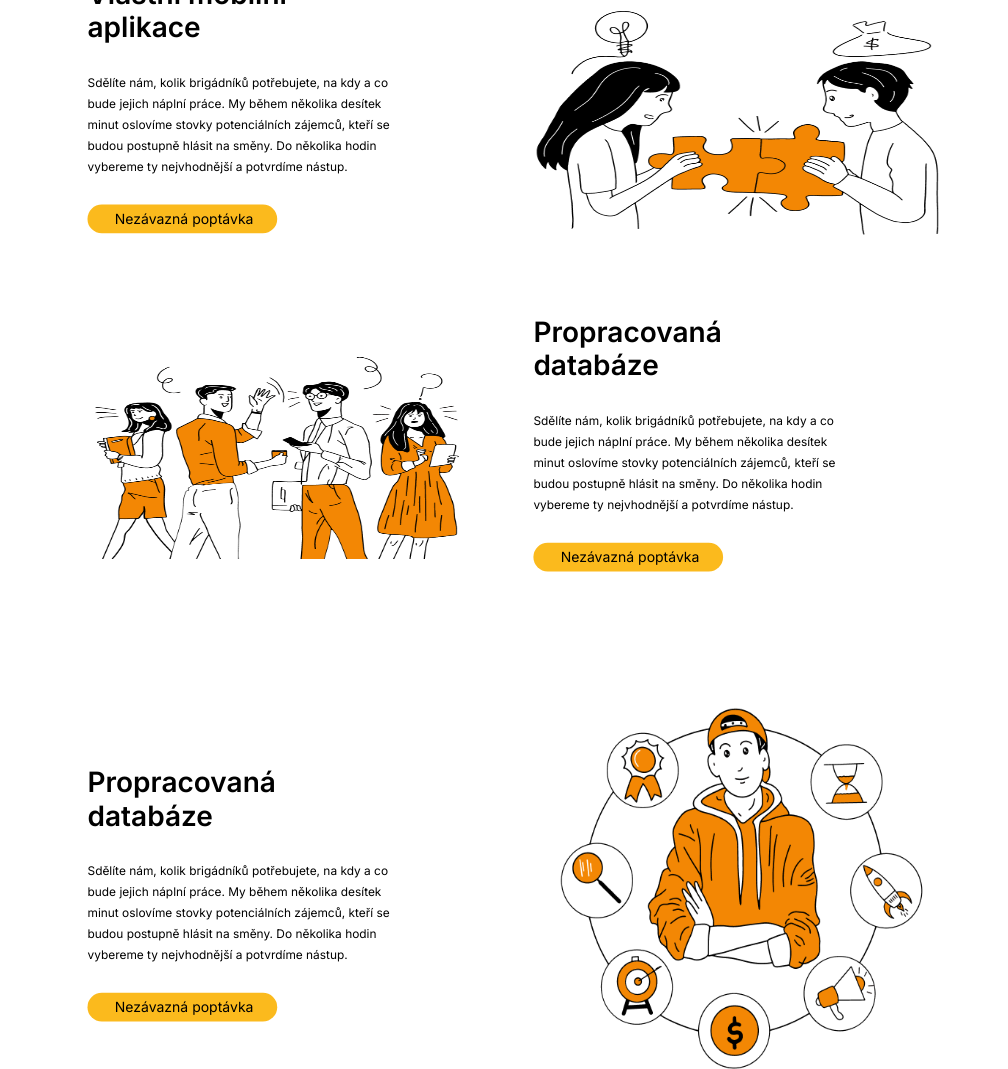
Repository: bilday08/bilday08.github.io
Page: page2.html
These files come from the project's save history. The page is drawn as it stood at one moment and after the next save; the edit follows.
The browser window is 1280 px wide. The page is 1440 px wide, so the pictures cover 1440 px, including what lies to the right of the window. The pictures show the part of the page from y = 1586 to 3306 px (the page is 3113 px tall before and 3306 px after), at 70% of full size.

Above is the page before, as saved 2022-10-16 01:13:18.

### page2.html
<!DOCTYPE html>
<html>
<head>
    <meta charset= utf-8 />
    <meta http-equiv="X-UA-Compatible" content="IE=edge">
    <meta name="viewport" content="width=device-width, initial-scale=1.0">
    <link href="./reset.css" rel="stylesheet"/>
    <link href="./style2.css" rel="stylesheet"/>
    <link href="./responsive2.css" rel="stylesheet"/>
    <link
    rel="stylesheet"
    href="https://cdnjs.cloudflare.com/ajax/libs/font-awesome/6.2.0/css/all.min.css"
    integrity="sha512-xh6O/CkQoPOWDdYTDqeRdPCVd1SpvCA9XXcUnZS2FmJNp1coAFzvtCN9BmamE+4aHK8yyUHUSCcJHgXloTyT2A=="
    crossorigin="anonymous"
    referrerpolicy="no-referrer" />
    <title>aulinks2</title>
    <link rel="preconnect" href="https://fonts.googleapis.com">
    <link rel="preconnect" href="https://fonts.gstatic.com" crossorigin>
    <link href="https://fonts.googleapis.com/css2?family=Inter:wght@400;600;700;900&display=swap" rel="stylesheet">
    <link
    href="https://cdn.jsdelivr.net/npm/bootstrap@5.2.2/dist/css/bootstrap.min.css"
    rel="stylesheet"
    integrity="sha384-Zenh87qX5JnK2Jl0vWa8Ck2rdkQ2Bzep5IDxbcnCeuOxjzrPF/et3URy9Bv1WTRi"
    crossorigin="anonymous">
    <link
    href="https://cdn.jsdelivr.net/npm/bootstrap@5.2.2/dist/css/bootstrap.min.css"
    rel="stylesheet"
    integrity="sha384-Zenh87qX5JnK2Jl0vWa8Ck2rdkQ2Bzep5IDxbcnCeuOxjzrPF/et3URy9Bv1WTRi"
    crossorigin="anonymous">
</head>
<body>
    <div class="wrapper">
        <herder class="herder">
            <div class="container-top">
                <img srcset="./images/logo.png 2x" alt="#" class="herder-log"/>
                <div class="herder-log--2">
                    <img src="./images/Aulinks.png" alt="#" class="herder-log--line"/>
                    <img src="./images/Menu Rounded.png" alt="#" class="herder-log-menu">
                </div>
                <div class="herder-images">
                    <img src="./images/1.png" alt="#" class="herder-images--contact"/>
                </div>
                <div class="herder-phone">
                    <span class="herder-phone--text">Zavolejte nám:</span>
                    <span class="herder-phone--number">+420 607 205 862</span>
                </div>
                <div class="herder-button">
                    <a href="#" class="herder-button--brand">Zavolejte nám:</a>
                </div>
                <div class="herder-button--bottom">
                    <a href="#" class="herder-button--bottom1">O nas</a>
                    <a href="#" class="herder-button--bottom2">Naši partneři</a>
                    <a href="#" class="herder-button--bottom3">Služby</a>
                    <a href="#" class="herder-button--bottom4">Kontakty</a>
                </div>
                <div class="container-center">
                    <h1 class="herder-background--content1">Pracovití brigádníci do druhého dne</h1>
                    <p class="herder-background--content2">
                    Sdělíte nám, kolik brigádníků potřebujete, na kdy a co bude jejich náplní práce.
                    My během několika desítek minut oslovíme stovky potenciálních zájemců, kteří se
                    budou postupně hlásit na směny. Do několika hodin vybereme ty nejvhodnější a potvrdíme nástup.
                    </p>
                    <div class="herder-background--button">
                        <a href="#" class="herder-backgroud--button1">Nezávazná poptávka</a>
                    </div>
                    <div class="container-top--center">
                        <img src="./images/page2(1).png" alt="#" class="herder-images--top_center"/>
                    </div>
                <div class="center-button">
                    <a href="#" class="center-button--white">
                        <div class="center-button--first">
                            <span class="center-button--first1">150+</span>
                            <span class="center-button--first2">Nástupů denně</span>
                        </div>
                        <div class="center-button--second">
                            <span class="center-button--second1">>30%</span>
                            <span class="center-button--second2">Fluktuace</span>
                        </div>
                        <div class="center-button--third">
                            <span class="center-button--third1">13</span>
                            <span class="center-button--third2">Měst</span>
                        </div>
                    </a>
                </div>
        </herder>
        <main>
            <section class="service">
                <div class="container-fluid">
                    <div class="service-item">
                        <div class="service-content">
                            <h2 class="global-heading">Vlastní mobilní aplikace</h2>
                            <div class="global-text">
                                Sdělíte nám, kolik brigádníků potřebujete, na kdy a co bude jejich náplní práce.
                                My během několika desítek minut oslovíme stovky potenciálních zájemců,
                                kteří se budou postupně hlásit na směny. Do několika hodin vybereme ty nejvhodnější
                                a potvrdíme nástup.
                            </div>
                            <a href="#" class="service-button--first">Nezávazná poptávka</a>
                            <div class="service-images">
                                <img src="./images/page2(2).png" alt="#" class="service-images--first"/>
                            </div>
                        </div>
                    </div>
                    <div class="service-item2">
                        <div class="service-content2">
                            <div class="service-images">
                                <img src="./images/page2(3).png" alt="#" class="service-images--sencond"/>
                            </div>
                            <h2 class="global-heading2">Propracovaná databáze</h2>
                            <div class="global-text2">
                                Sdělíte nám, kolik brigádníků potřebujete, na kdy a co bude jejich náplní práce.
                                My během několika desítek minut oslovíme stovky potenciálních zájemců,
                                kteří se budou postupně hlásit na směny. Do několika hodin vybereme ty nejvhodnější
                                a potvrdíme nástup.
                            </div>
                            <a href="#" class="service-button--second">Nezávazná poptávka</a>
                        </div>
                    </div>
                    <div class="service-item3">
                        <div class="service-content3">
                            <h2 class="global-heading3">Propracovaná databáze</h2>
                            <div class="global-text3">
                                Sdělíte nám, kolik brigádníků potřebujete, na kdy a co bude jejich náplní práce.
                                My během několika desítek minut oslovíme stovky potenciálních zájemců,
                                kteří se budou postupně hlásit na směny. Do několika hodin vybereme ty nejvhodnější
                                a potvrdíme nástup.
                            </div>
                            <a href="#" class="service-button--first3">Nezávazná poptávka</a>
                            <div class="service-images">
                                <img src="images/page2(4).png" alt="#" class="service-images--first3"/>
                            </div>
                        </div>
                    </div>
                </div>
<script
src="https://cdn.jsdelivr.net/npm/@popperjs/core@2.11.6/dist/umd/popper.min.js"
integrity="sha384-oBqDVmMz9ATKxIep9tiCxS/Z9fNfEXiDAYTujMAeBAsjFuCZSmKbSSUnQlmh/jp3"
crossorigin="anonymous"></script>
<script
src="https://cdn.jsdelivr.net/npm/bootstrap@5.2.2/dist/js/bootstrap.min.js"
integrity="sha384-IDwe1+LCz02ROU9k972gdyvl+AESN10+x7tBKgc9I5HFtuNz0wWnPclzo6p9vxnk"
crossorigin="anonymous"></script>
</body>
</html>

### style2.css
*{
    box-sizing: border-box;
    font-family: 'Inter', sans-serif;
    margin: 0;
    padding: 0;
}
.wrapper{
    max-width: 1440px;
}
  /*hedder*/
.container-top{
    max-width: 1440px;
    height: 410px;
    background-image: url(./images/Rectangle\ 8\ \(7\).png);
    background-repeat: no-repeat;
    background-size: auto;
    position: absolute;
}
.herder-log{
    position: absolute;
    width: 78px;
    height: 71px;
    margin-top: 60px;
    margin-left: 114px;
}
.herder-log--line{
    width: 130px;
    height: 30px;
    margin-left: 192px;
    margin-top: 91px;
}
.herder-log-menu{
    width: 30px;
    height: 30px;
    display: none;
}
.herder-images--contact{
    width: 308.12px;
    height: 81.11px;
    margin-left: 407px;
    margin-top: -50px;
}
.herder-phone--text{
    display: block;
    width: 145px;
    height: 30px;
    font-weight: 400;
    font-size: 20px;
    line-height: 24px;
    color: black;
    margin-left: 807px;
    margin-top: -79px;
    margin-right: 491px;
}
.herder-phone--number{
    display: block;
    width: 185px;
    height: 24px;
    font-weight: 700;
    font-size: 20px;
    line-height: 24px;
    color: #FBBA1D;
    margin: 4px 455px 0 800px;
}
.herder-button--brand{
   text-align: center;
   text-decoration: none;
   padding: 8px 39px;
   color: black;
   background-color: #FBBA1D;
   width: 223px;
   height: 41px;
   font-weight: 400;
   font-size: 20px;
   line-height: 24px;
   border-radius: 30px;
   margin-top: -39px;
   margin-left: 1070px;
   display: block;
}
.herder-button--bottom1{
   text-decoration: none;
   text-align: center;
   display: block;
   color: black;
   background-color: white;
   padding: 7px 35px;
   width: 130px;
   height: 40px;
   font-weight: 400;
   font-size: 20px;
   line-height: 24px;
   border-radius: 30px;
   border: 1px solid #000000;
   margin-top: 60px;
   margin-left: 114px;
}
.herder-button--bottom2{
   text-decoration: none;
   text-align: center;
   display: block;
   color: black;
   background-color: white;
   padding: 7px 35px;
   width: 190px;
   height: 40px;
   font-weight: 400;
   font-size: 20px;
   line-height: 24px;
   border-radius: 30px;
   border: 1px solid #000000;
   margin-top: -40px;
   margin-left: 264px;
   white-space: nowrap;
}
.herder-button--bottom3{
   text-decoration: none;
   text-align: center;
   display: block;
   color: black;
   background-color: #FBBA1D;
   padding: 7px 35px;
   width: 135px;
   height: 40px;
   font-weight: 400;
   font-size: 20px;
   line-height: 24px;
   border-radius: 30px;
   border: 1px solid #000000;
   margin-top: -40px;
   margin-left: 474px;
}
.herder-button--bottom4{
   text-decoration: none;
   text-align: center;
   display: block;
   color: black;
   background-color: white;
   padding: 7px 35px;
   width: 150px;
   height: 40px;
   font-weight: 400;
   font-size: 20px;
   line-height: 24px;
   border-radius: 30px;
   border: 1px solid #000000;
   margin-top: -40px;
   margin-left: 624px;
}
.container-center{
    position: absolute;
    width: 1440px;
}
.herder-background--content1{
    width: 427px;
    height: 95px;
    font-weight: 600;
    font-size: 40px;
    line-height: 48px;
    color: #000000;
    margin-left: 113px;
    margin-top: 349px;
}
.herder-background--content2{
    width: 535px;
    height: 120px;
    font-weight: 400;
    font-size: 17px;
    line-height: 30px;
    color: #000000;
    margin-top: 28px;
    margin-left: 113px;
}
.herder-backgroud--button1{
   text-decoration: none;
   text-align: center;
   display: block;
   padding: 8px 39px;
   color: black;
   background-color: #FBBA1D;
   width: 271px;
   height: 41px;
   font-weight: 400;
   font-size: 20px;
   line-height: 24px;
   border-radius: 30px;
   margin-top: 43px;
   margin-left: 113px;
   white-space: nowrap;
}
.herder-images--top_center{
    max-width: 100%;
    height: auto;
    margin-left: 807px;
    margin-top: -349px;
    margin-bottom: 100px;
}
.center-button--white{
    text-decoration: none;
    max-width: 1093px;
    height: 313px;
    background-color:#FFFFFF;
    border-radius: 81px;
    display: block;
    margin-top: 165px;
    margin-left: 162px;
    margin-right: 185px;
    padding-top: 78px;
    border: 1px solid rgba(0, 0, 0, 0.64);
}
.center-button--first1{
    display: block;
    font-weight: 600;
    font-size: 100px;
    line-height: 121px;
    color: #646464;
    margin-left: 49px;
}
.center-button--first2{
    width: 240px;
    height: 33px;
    display: block;
    font-weight: 400;
    font-size: 30px;
    line-height: 30px;
    color: #000000;
    margin-left: 62px;
    margin-bottom: 78px;
}
.center-button--second1{
    width: 224px;
    height: 124px;
    font-style: normal;
    font-weight: 600;
    font-size: 100px;
    line-height: 121px;
    color: #646464;
    margin-left: 437px;
    margin-top: -235px;
    display: block;
}
.center-button--second2{
    display: block;
    position: absolute;
    font-style: normal;
    font-weight: 400;
    font-size: 30px;
    line-height: 30px;
    color: black;
    margin-left: 515px;
    margin-bottom: 78px;
}
.center-button--third1{
    display: block;
    font-weight: 600;
    font-size: 100px;
    line-height: 121px;
    color: #646464;
    margin-left: 838px;
    margin-top: -127px;
}
.center-button--third2{
    display: block;
    position: absolute;
    font-style: normal;
    font-weight: 400;
    font-size: 30px;
    line-height: 30px;
    color: black;
    margin-left: 868px;
    margin-top: 6px;
}
.global-heading{
    max-width: 418px;
    height: 95px;
    font-weight: 600;
    font-size: 40px;
    line-height: 48px;
    color: #000000;
    margin-top: 277px;
    margin-left: 113px;
}
.global-text{
    font-weight: 400;
    font-size: 17px;
    line-height: 30px;
    color: #000000;
    max-width: 432px;
    height: 189px;
    margin-left: 113px;
    margin-top: 41px;
}
.service-button--first{
    text-decoration: none;
    text-align: center;
    display: block;
    padding: 8px 39px;
    color: black;
    background-color: #FBBA1D;
    width: 271px;
    height: 41px;
    font-weight: 400;
    font-size: 20px;
    line-height: 24px;
    border-radius: 30px;
    white-space: nowrap;
    margin-left: 113px;
}
.service-images--first{
    width: 517px;
    height: 516px;
    display: block;
    margin-top: -448px;
    margin-left: 789px;
}
.global-heading3{
    max-width: 418px;
    height: 95px;
    font-weight: 600;
    font-size: 40px;
    line-height: 48px;
    color: #000000;
    margin-top: 277px;
    margin-left: 113px;
}
.global-text3{
    font-weight: 400;
    font-size: 17px;
    line-height: 30px;
    color: #000000;
    max-width: 432px;
    height: 189px;
    margin-left: 113px;
    margin-top: 41px;
}
.service-button--first3{
    text-decoration: none;
    text-align: center;
    display: block;
    padding: 8px 39px;
    color: black;
    background-color: #FBBA1D;
    width: 271px;
    height: 41px;
    font-weight: 400;
    font-size: 20px;
    line-height: 24px;
    border-radius: 30px;
    white-space: nowrap;
    margin-left: 113px;
}
.service-images--first3{
    width: 517px;
    height: 516px;
    display: block;
    margin-top: -448px;
    margin-left: 789px;
}
.service-images--sencond{
    width: 517px;
    height: 516px;
    display: block;
    margin-top: 234px;
    margin-left: 113px;
}
.global-heading2{
    max-width: 418px;
    height: 95px;
    font-weight: 600;
    font-size: 40px;
    line-height: 48px;
    color: #000000;
    margin-top: -450px;
    margin-left: 831px;
}
.global-text2{
    font-weight: 400;
    font-size: 17px;
    line-height: 30px;
    color: #000000;
    max-width: 432px;
    height: 189px;
    margin-left: 831px;
    margin-top: 41px;
}
.service-button--second{
    text-decoration: none;
    text-align: center;
    display: block;
    padding: 8px 39px;
    color: black;
    background-color: #FBBA1D;
    width: 271px;
    height: 41px;
    font-weight: 400;
    font-size: 20px;
    line-height: 24px;
    border-radius: 30px;
    white-space: nowrap;
    margin-left: 831px;
}

Loaded but not shown: reset.css (common file); responsive2.css (746 lines, source omitted)

After the next save:
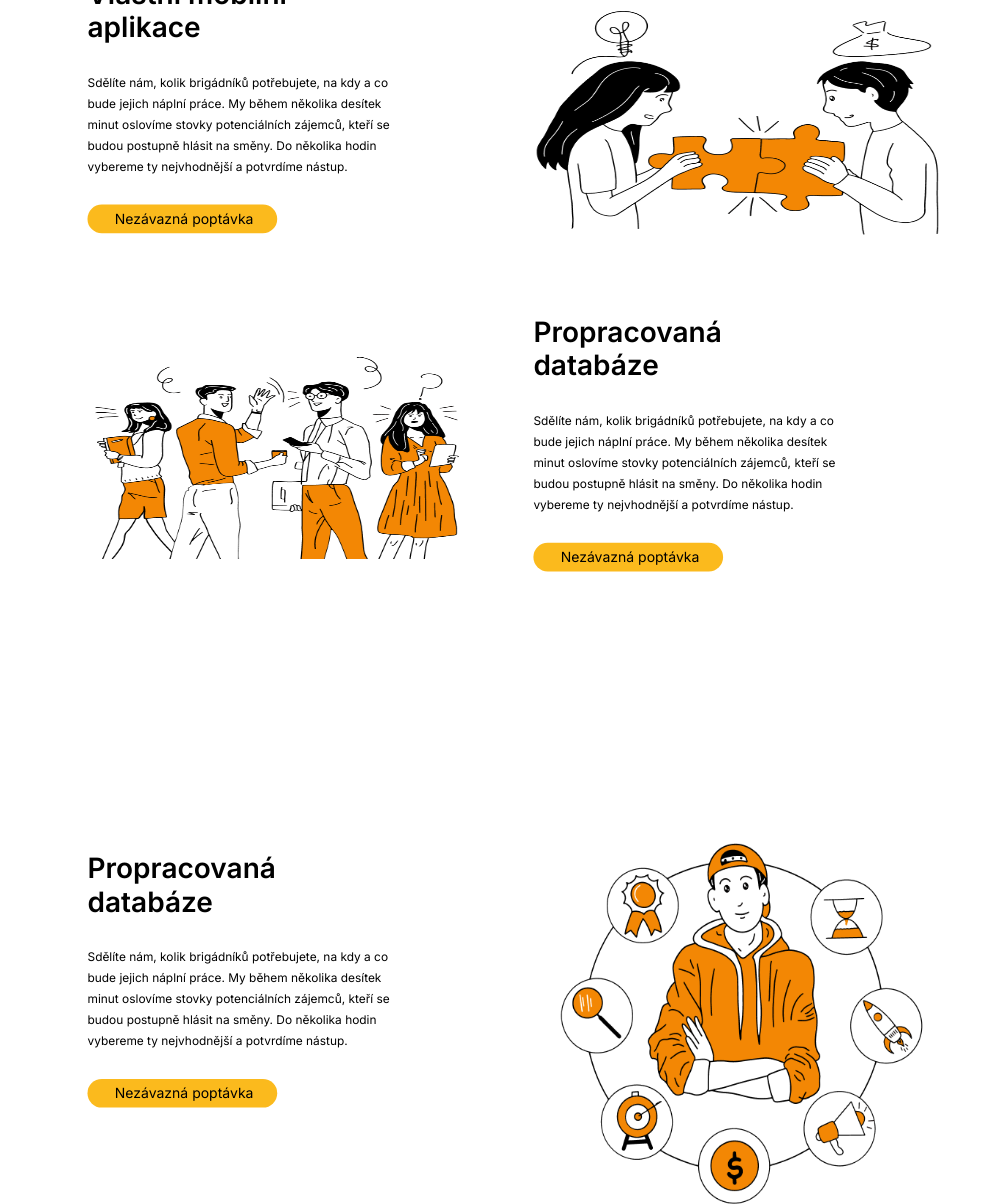
Saved 2 min 1 s later.
--- a/style2.css
+++ b/style2.css
@@ -320,7 +320,7 @@
     font-size: 40px;
     line-height: 48px;
     color: #000000;
-    margin-top: 277px;
+    margin-top: 400px;
     margin-left: 113px;
 }
 .global-text3{
@@ -353,7 +353,7 @@
     width: 517px;
     height: 516px;
     display: block;
-    margin-top: -448px;
+    margin-top: -378px;
     margin-left: 789px;
 }
 .service-images--sencond{
